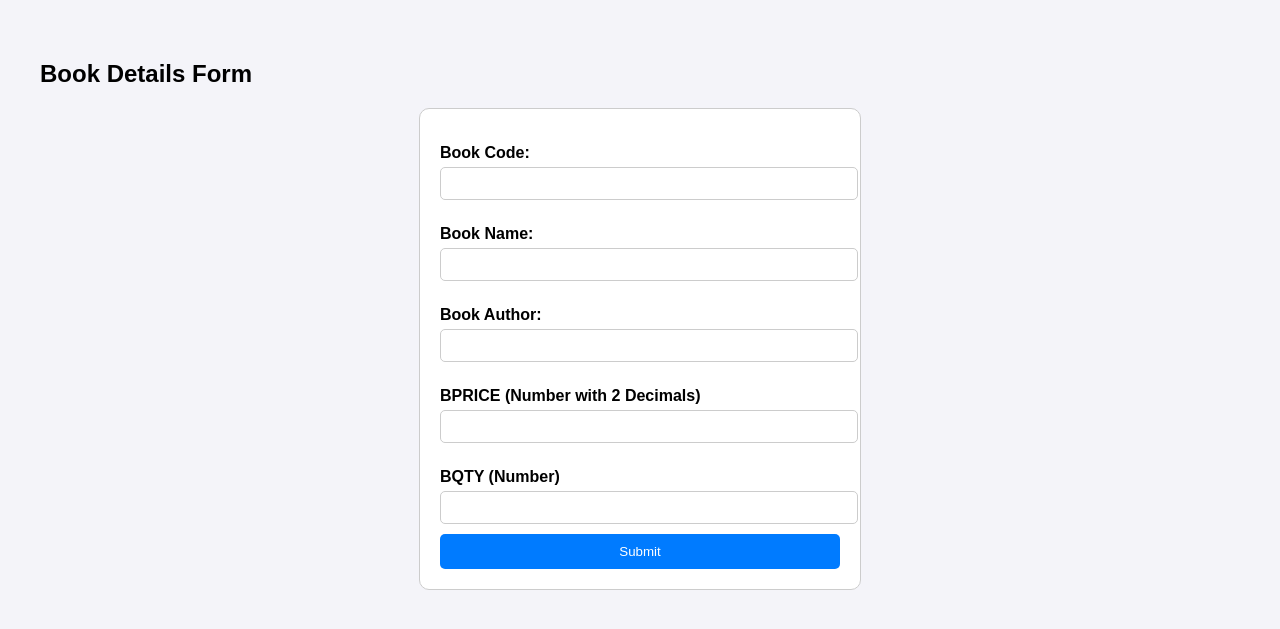
Repository: GokulLade/WebApps_with_Servlets_JSP
Page: 02_ReadDisplayBookDetails/src/main/webapp/index.html
The author's editor kept a copy of each file at every save. The page is drawn from the files as they stood at one save, then again after a run of saves.
The browser window is 1280 px wide. The pictures show the whole page.

Above is the page before, as saved 2024-11-30 11:01:38.

After the next 2 saves:
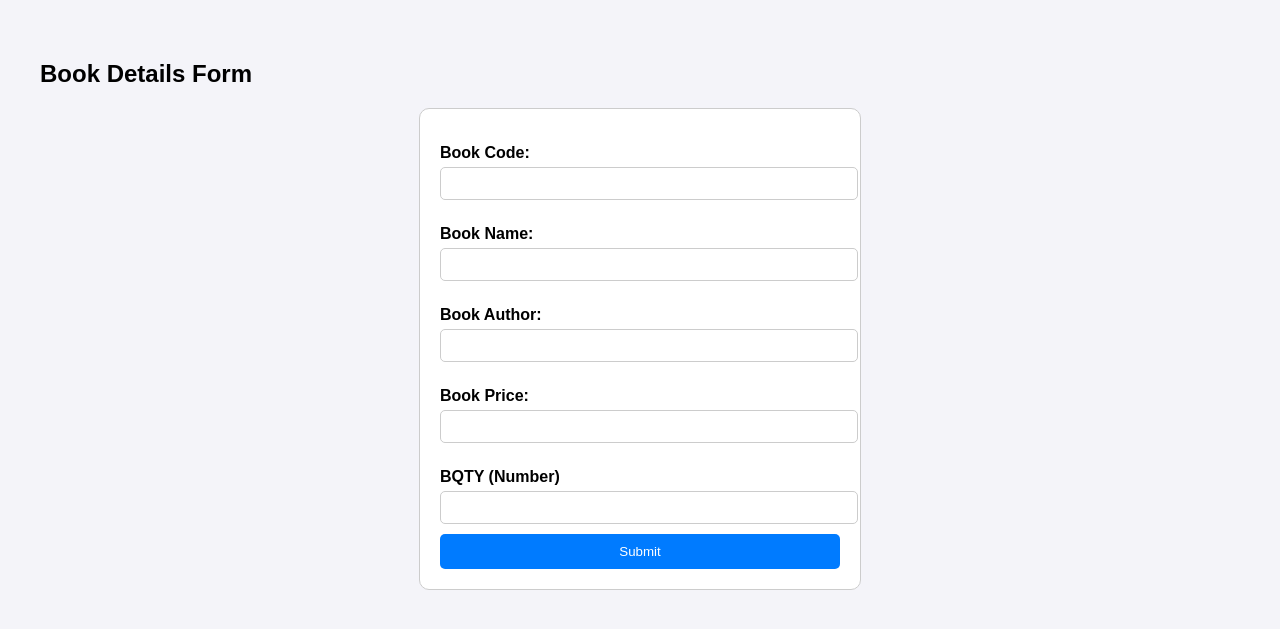
The 2 saves are shown as one change because they came seconds apart.
The last was saved 11 s later.
--- a/02_ReadDisplayBookDetails/src/main/webapp/index.html
+++ b/02_ReadDisplayBookDetails/src/main/webapp/index.html
@@ -58,7 +58,7 @@
         <label for="bauthor">Book Author: </label>
         <input type="text" id="bauthor" name="bauthor" maxlength="10" required>
 
-        <label for="bprice">BPRICE (Number with 2 Decimals)</label>
+        <label for="bprice">Book Price: </label>
         <input type="number" id="bprice" name="bprice" step="0.01" required>
 
         <label for="bqty">BQTY (Number)</label>
